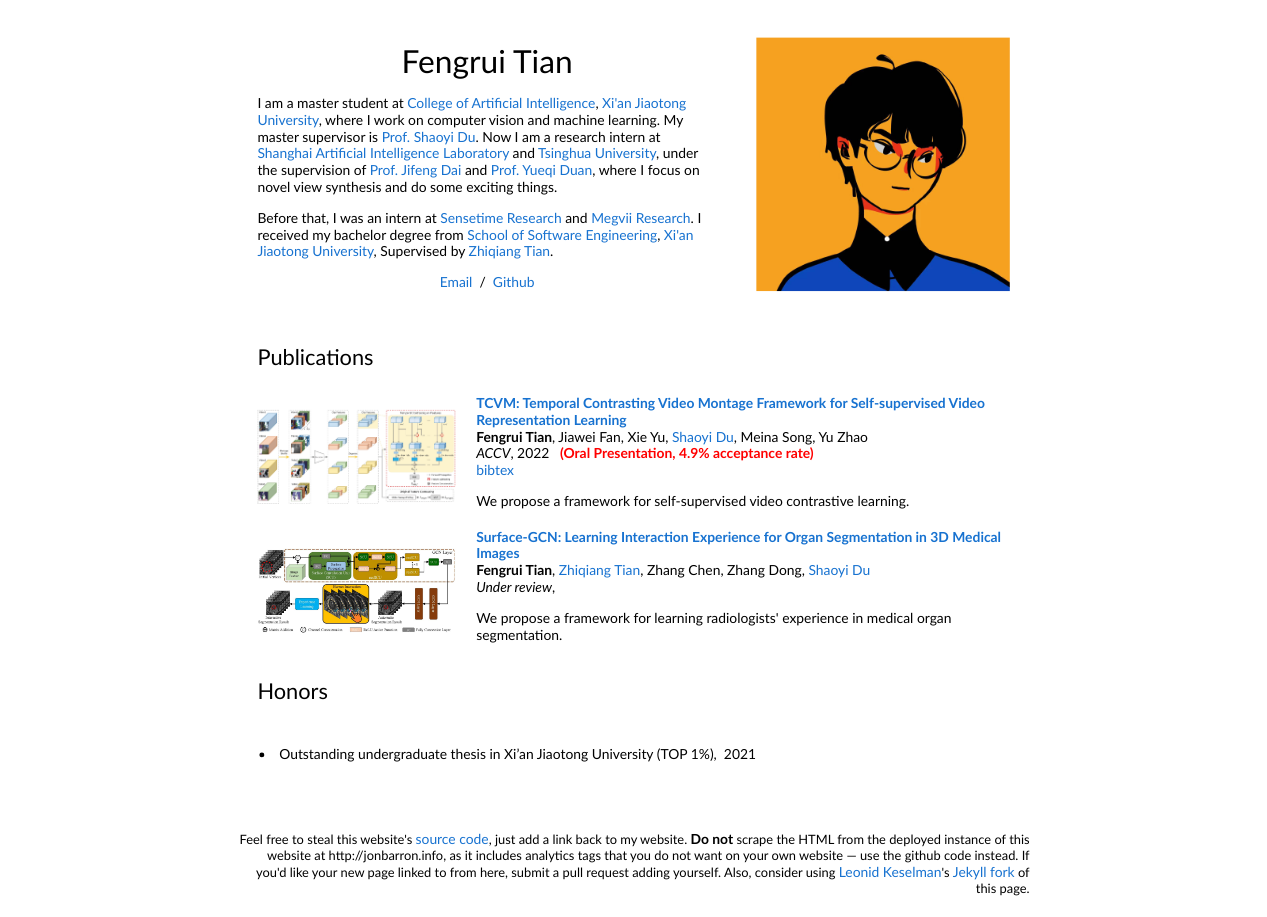
Repository: tianfr/tianfr.github.io
Page: index.html
These files come from the project's save history. The page is drawn as it stood at one moment and after the next save; the edit follows.
The browser window is 1280 px wide. The pictures show the whole page, at 99% of full size.

Above is the page before, as saved 2022-11-20 15:38:02.

### index.html
<!DOCTYPE HTML>
<html lang="en"><head><meta http-equiv="Content-Type" content="text/html; charset=UTF-8">

  <title>Fengrui Tian</title>

  <meta name="author" content="Fengrui Tian">
  <meta name="viewport" content="width=device-width, initial-scale=1">

  <link rel="stylesheet" type="text/css" href="stylesheet.css">
	<link rel="icon" href="data:[embedded picture, 141 characters]">
</head>

<body>
  <table style="width:100%;max-width:800px;border:0px;border-spacing:0px;border-collapse:separate;margin-right:auto;margin-left:auto;"><tbody>
    <tr style="padding:0px">
      <td style="padding:0px">
        <table style="width:100%;border:0px;border-spacing:0px;border-collapse:separate;margin-right:auto;margin-left:auto;"><tbody>
          <tr style="padding:0px">
            <td style="padding:2.5%;width:63%;vertical-align:middle">
              <p style="text-align:center">
                <name>Fengrui Tian</name>
              </p>
              <p>I am a master student at <a href="http://iair.xjtu.edu.cn/">College of Artificial Intelligence</a>, <a href="http://www.xjtu.edu.cn/">Xi'an Jiaotong University</a>, where I work on computer vision and machine learning. My master supervisor is <a href="https://gr.xjtu.edu.cn/en/web/dushaoyi/home">Prof. Shaoyi Du</a>. Now I am a research intern at <a href="https://www.shlab.org.cn/">Shanghai Artificial Intelligence Laboratory</a> and <a href="https://www.tsinghua.edu.cn/">Tsinghua University</a>, under the supervision of <a href="https://jifengdai.org/">Prof. Jifeng Dai</a> and  <a href="https://duanyueqi.github.io/">Prof. Yueqi Duan</a>, where I focus on novel view synthesis and do some exciting things.
              </p>
              <p> Before that, I was an intern at <a href="https://www.sensetime.com/">Sensetime Research</a> and
                <a href="https://www.megvii.com/">Megvii Research</a>. I received my bachelor degree from  <a href="https://blog.google/products/google-ar-vr/introducing-next-generation-jump/">School of Software Engineering</a>, <a href="http://www.xjtu.edu.cn/">Xi'an Jiaotong University</a>, Supervised by <a href="https://gr.xjtu.edu.cn/en/web/zhiqiangtian/home">Zhiqiang Tian</a>.
              </p>
              <p style="text-align:center">
                <a href="mailto:tianfr@stu.xjtu.edu.cn">Email</a> &nbsp/&nbsp
                <!-- <a href="data/JonBarron-CV.pdf">CV</a> &nbsp/&nbsp -->
                <!-- <a href="data/JonBarron-bio.txt">Bio</a> &nbsp/&nbsp -->
                <!-- <a href="https://scholar.google.com/citations?hl=en&user=jktWnL8AAAAJ">Google Scholar</a> &nbsp/&nbsp -->
                <!-- <a href="https://twitter.com/jon_barron">Twitter</a> &nbsp/&nbsp -->
                <a href="https://github.com/tianfr/">Github</a>
              </p>
            </td>
            <td style="padding:2.5%;width:40%;max-width:40%">
              <a href="images/Fengrui_Tian_avatar.jpg"><img style="width:100%;max-width:100%" alt="profile photo" src="images/Fengrui_Tian_avatar.jpg" class="hoverZoomLink"></a>
            </td>
          </tr>
        <!-- </tbody></table>
        <table style="width:100%;border:0px;border-spacing:0px;border-collapse:separate;margin-right:auto;margin-left:auto;"><tbody>
            <tr>
            <td style="padding:20px;width:100%;vertical-align:middle">
              <heading>Research</heading>
              <p>
                I'm interested in computer vision, machine learning, optimization, and image processing. Much of my research is about inferring the physical world (shape, motion, color, light, etc) from images. Representative papers are <span class="highlight">highlighted</span>.
              </p>
            </td>
          </tr>
        </tbody></table> -->
        <table width="100%" align="center" border="0" cellspacing="0" cellpadding="20"><tbody>
          <tr>
            <td>
              <heading>Publications</heading>
            </td>
          </tr>
        </tbody></table>
        <table style="width:100%;border:0px;border-spacing:0px;border-collapse:separate;margin-right:auto;margin-left:auto;"><tbody>

          <tr onmouseout="dreamfusion_stop()" onmouseover="dreamfusion_start()">
            <td style="padding:20px;width:25%;vertical-align:middle">
              <img src="images/tcvm_overview.jpg" alt="prl" width="200" height="95">
            </td>
            <!-- <td style="padding:20px;width:25%;vertical-align:middle">
              <div class="one">
                <div class="two" id='dreamfusion_image'><video  width=100% height=100% muted autoplay loop>
                <source src="images/dreamfusion.mp4" type="video/mp4">
                Your browser does not support the video tag.
                </video></div>
                <img src='images/tcvm_overview.jpg' width="160">
              </div>
              <script type="text/javascript">
                function dreamfusion_start() {
                  document.getElementById('dreamfusion_image').style.opacity = "1";
                }

                function dreamfusion_stop() {
                  document.getElementById('dreamfusion_image').style.opacity = "0";
                }
                dreamfusion_stop()
              </script>
            </td> -->
            <!-- <td style="padding:20px;width:75%;vertical-align:middle"> -->
            <td width="75%" valign="middle">
              <a href="paper/22accv_tcvm.pdf">
                <papertitle>TCVM: Temporal Contrasting Video Montage Framework for Self-supervised Video Representation Learning</papertitle>
              </a>
              <br>
              <strong>Fengrui Tian</strong>,
              Jiawei Fan,
              Xie Yu,
              <a href="https://gr.xjtu.edu.cn/en/web/dushaoyi/home">Shaoyi Du</a>,
              Meina Song,
              Yu Zhao
              <br>
              <em>ACCV</em>, 2022 &nbsp <font color="red"><strong>(Oral Presentation, 4.9% acceptance rate)</strong></font>
              <br>
              <a href="data/accv22TCVM.bib">bibtex</a>
              <p></p>
              <p>
              We propose a framework for self-supervised video contrastive learning.
              </p>
            </td>
          </tr>


          <tr>
            <td style="padding:20px;width:25%;vertical-align:middle">
              <img src="images/surfacegcn.jpg" alt="prl" width="200" height="85">
            </td>
            <td width="75%" valign="middle">
              <a href="">
                <papertitle>Surface-GCN: Learning Interaction Experience for Organ Segmentation in 3D Medical Images</papertitle>
              </a>
              <br>
              <strong>Fengrui Tian</strong>,
              <a href="https://gr.xjtu.edu.cn/en/web/zhiqiangtian/home">Zhiqiang Tian</a>,
              Zhang Chen,
              Zhang Dong,
              <a href="https://gr.xjtu.edu.cn/en/web/dushaoyi/home">Shaoyi Du</a>
              <br>
              <em>Under review</em>,
              <br>
              <!-- <a href="data/BarronPRL2009.bib">bibtex</a> -->
              <p>We propose a framework for learning radiologists' experience in medical organ segmentation.</p>
            </td>
          </tr>

        </tbody></table>


        <table width="100%" align="center" border="0" cellspacing="0" cellpadding="20"><tbody>
          <tr>
            <td>
              <heading>Honors</heading>
            </td>
          </tr>
        </tbody></table>
        <table width="100%" align="center" border="0" cellpadding="20"><tbody>
          <tr>
            <td style="padding:20px;width:100%;vertical-align:middle">
              <li>Outstanding undergraduate thesis in Xi’an Jiaotong University (TOP 1%),&nbsp; 2021 </li> <br>
          </td>

          </tr>


        </tbody></table>
        <table style="width:100%;border:0px;border-spacing:0px;border-collapse:separate;margin-right:auto;margin-left:auto;"><tbody>
          <tr>
            <td style="padding:0px">
              <br>
              <p style="text-align:right;font-size:small;">
                Feel free to steal this website's <a href="https://github.com/jonbarron/jonbarron_website">source code</a>,
                just add a link back to my website.
                <strong>Do not</strong> scrape the HTML from the deployed instance of this website at http://jonbarron.info,
                as it includes analytics tags that you do not want on your own website &mdash; use the github code instead.
                If you'd like your new page linked to from here, submit a pull request adding yourself.

                Also, consider using <a href="https://leonidk.com/">Leonid Keselman</a>'s <a href="https://github.com/leonidk/new_website">Jekyll fork</a> of this page.
              </p>
            </td>
          </tr>
        </tbody></table>
      </td>
    </tr>
  </table>
</body>

</html>

### stylesheet.css
/* latin-ext */
@font-face {
  font-family: 'Lato';
  font-style: italic;
  font-weight: 400;
  src: local('Lato Italic'), local('Lato-Italic'), url(https://fonts.gstatic.com/s/lato/v15/S6u8w4BMUTPHjxsAUi-qNiXg7eU0.woff2) format('woff2');
  unicode-range: U+0100-024F, U+0259, U+1E00-1EFF, U+2020, U+20A0-20AB, U+20AD-20CF, U+2113, U+2C60-2C7F, U+A720-A7FF;
}
/* latin */
@font-face {
  font-family: 'Lato';
  font-style: italic;
  font-weight: 400;
  src: local('Lato Italic'), local('Lato-Italic'), url(https://fonts.gstatic.com/s/lato/v15/S6u8w4BMUTPHjxsAXC-qNiXg7Q.woff2) format('woff2');
  unicode-range: U+0000-00FF, U+0131, U+0152-0153, U+02BB-02BC, U+02C6, U+02DA, U+02DC, U+2000-206F, U+2074, U+20AC, U+2122, U+2191, U+2193, U+2212, U+2215, U+FEFF, U+FFFD;
}
/* latin-ext */
@font-face {
  font-family: 'Lato';
  font-style: italic;
  font-weight: 700;
  src: local('Lato Bold Italic'), local('Lato-BoldItalic'), url(https://fonts.gstatic.com/s/lato/v15/S6u_w4BMUTPHjxsI5wq_FQftx9897sxZ.woff2) format('woff2');
  unicode-range: U+0100-024F, U+0259, U+1E00-1EFF, U+2020, U+20A0-20AB, U+20AD-20CF, U+2113, U+2C60-2C7F, U+A720-A7FF;
}
/* latin */
@font-face {
  font-family: 'Lato';
  font-style: italic;
  font-weight: 700;
  src: local('Lato Bold Italic'), local('Lato-BoldItalic'), url(https://fonts.gstatic.com/s/lato/v15/S6u_w4BMUTPHjxsI5wq_Gwftx9897g.woff2) format('woff2');
  unicode-range: U+0000-00FF, U+0131, U+0152-0153, U+02BB-02BC, U+02C6, U+02DA, U+02DC, U+2000-206F, U+2074, U+20AC, U+2122, U+2191, U+2193, U+2212, U+2215, U+FEFF, U+FFFD;
}
/* latin-ext */
@font-face {
  font-family: 'Lato';
  font-style: normal;
  font-weight: 400;
  src: local('Lato Regular'), local('Lato-Regular'), url(https://fonts.gstatic.com/s/lato/v15/S6uyw4BMUTPHjxAwXiWtFCfQ7A.woff2) format('woff2');
  unicode-range: U+0100-024F, U+0259, U+1E00-1EFF, U+2020, U+20A0-20AB, U+20AD-20CF, U+2113, U+2C60-2C7F, U+A720-A7FF;
}
/* latin */
@font-face {
  font-family: 'Lato';
  font-style: normal;
  font-weight: 400;
  src: local('Lato Regular'), local('Lato-Regular'), url(https://fonts.gstatic.com/s/lato/v15/S6uyw4BMUTPHjx4wXiWtFCc.woff2) format('woff2');
  unicode-range: U+0000-00FF, U+0131, U+0152-0153, U+02BB-02BC, U+02C6, U+02DA, U+02DC, U+2000-206F, U+2074, U+20AC, U+2122, U+2191, U+2193, U+2212, U+2215, U+FEFF, U+FFFD;
}
/* latin-ext */
@font-face {
  font-family: 'Lato';
  font-style: normal;
  font-weight: 700;
  src: local('Lato Bold'), local('Lato-Bold'), url(https://fonts.gstatic.com/s/lato/v15/S6u9w4BMUTPHh6UVSwaPGQ3q5d0N7w.woff2) format('woff2');
  unicode-range: U+0100-024F, U+0259, U+1E00-1EFF, U+2020, U+20A0-20AB, U+20AD-20CF, U+2113, U+2C60-2C7F, U+A720-A7FF;
}
/* latin */
@font-face {
  font-family: 'Lato';
  font-style: normal;
  font-weight: 700;
  src: local('Lato Bold'), local('Lato-Bold'), url(https://fonts.gstatic.com/s/lato/v15/S6u9w4BMUTPHh6UVSwiPGQ3q5d0.woff2) format('woff2');
  unicode-range: U+0000-00FF, U+0131, U+0152-0153, U+02BB-02BC, U+02C6, U+02DA, U+02DC, U+2000-206F, U+2074, U+20AC, U+2122, U+2191, U+2193, U+2212, U+2215, U+FEFF, U+FFFD;
}

a {
  color: #1772d0;
  text-decoration: none;
}

a:focus,
a:hover {
  color: #f09228;
  text-decoration: none;
}

body,
td,
th,
tr,
p,
a {
  font-family: 'Lato', Verdana, Helvetica, sans-serif;
  font-size: 14px
}

strong {
  font-family: 'Lato', Verdana, Helvetica, sans-serif;
  font-size: 14px;
}

heading {
  font-family: 'Lato', Verdana, Helvetica, sans-serif;
  font-size: 22px;
}

papertitle {
  font-family: 'Lato', Verdana, Helvetica, sans-serif;
  font-size: 14px;
  font-weight: 700
}

name {
  font-family: 'Lato', Verdana, Helvetica, sans-serif;
  font-size: 32px;
}

.one {
  width: 160px;
  height: 160px;
  position: relative;
}

.two {
  width: 160px;
  height: 160px;
  position: absolute;
  transition: opacity .2s ease-in-out;
  -moz-transition: opacity .2s ease-in-out;
  -webkit-transition: opacity .2s ease-in-out;
}

.fade {
  transition: opacity .2s ease-in-out;
  -moz-transition: opacity .2s ease-in-out;
  -webkit-transition: opacity .2s ease-in-out;
}

span.highlight {
  background-color: #ffffd0;
}

After the next save:
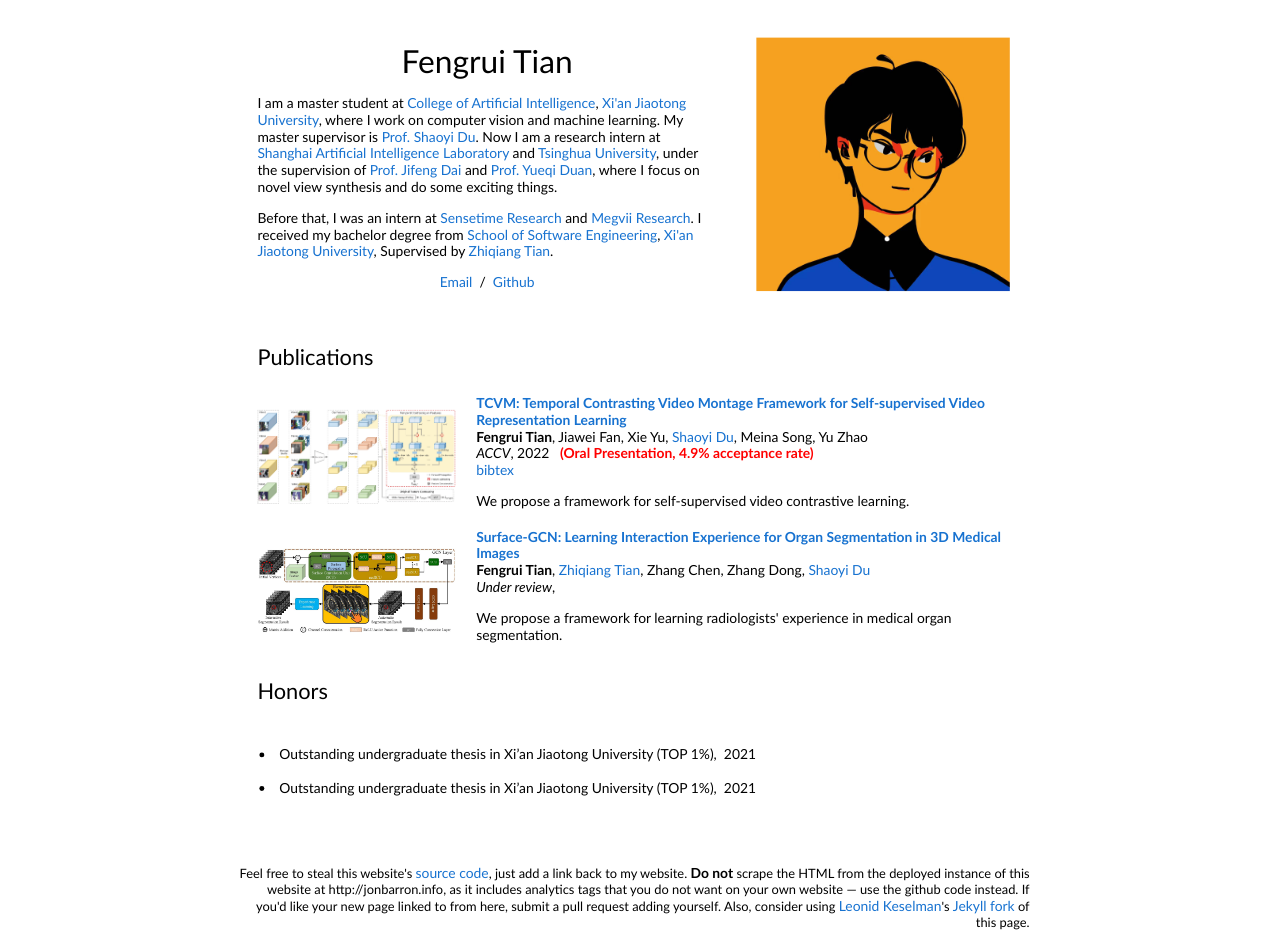
Saved 5 s later.
--- a/index.html
+++ b/index.html
@@ -141,6 +141,7 @@
           <tr>
             <td style="padding:20px;width:100%;vertical-align:middle">
               <li>Outstanding undergraduate thesis in Xi’an Jiaotong University (TOP 1%),&nbsp; 2021 </li> <br>
+              <li>Outstanding undergraduate thesis in Xi’an Jiaotong University (TOP 1%),&nbsp; 2021 </li> <br>
           </td>
 
           </tr>
